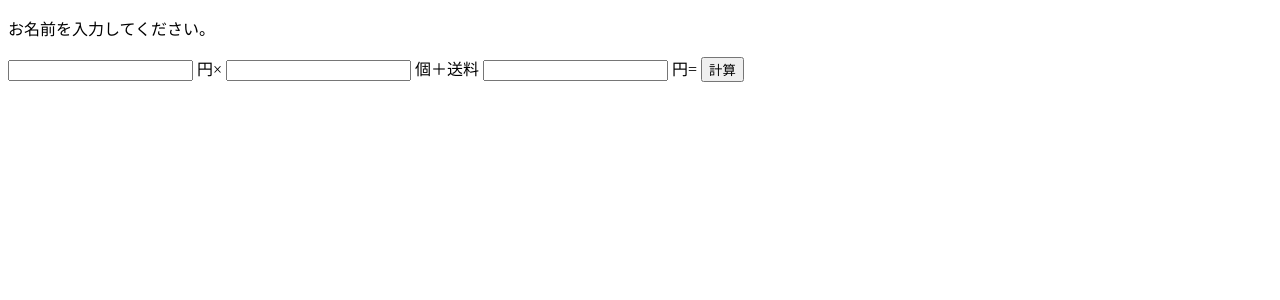
Repository: nhikaru/backup
Page: http://localhost/HelloJSP2/
The author's editor kept a copy of each file at every save. The page is drawn from the files as they stood at one save, then again after a run of saves.
The browser window is 1280 px wide. The pictures show the whole page.
The page is served by Tomcat 9.

Above is the page before, as saved 2018-01-09 07:46:53.

### HelloJSP2/WebContent/index.jsp
<%@ page language="java" contentType="text/html; charset=UTF-8"
    pageEncoding="UTF-8"%>
<!DOCTYPE html>
<html>
<head>
<meta charset="UTF-8">
<title>TEST</title>
</head>
<body>


<p>お名前を入力してください。</p>
<form method="post" action="total-out.jsp">
<input type="text" name="price">
円×
<input type="text" name="count">
個＋送料
<input type="text" name="delivery">
円=
<input type="submit" value="計算">
</form>

</body>
</html>

After the next 3 saves:
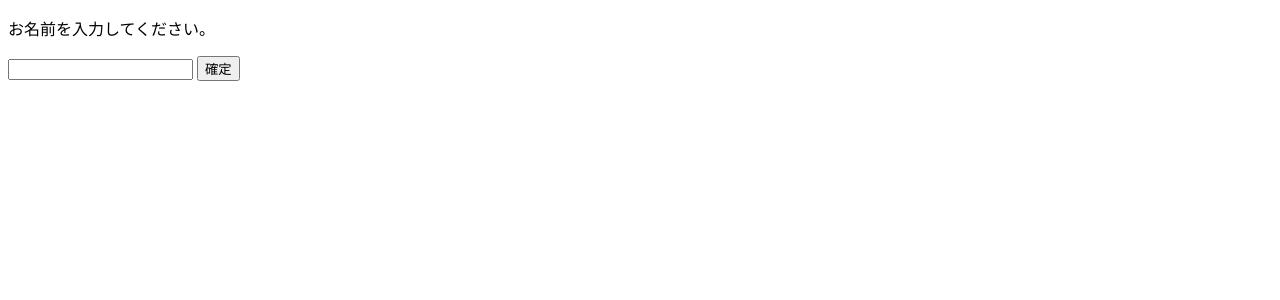
The 3 saves are shown as one change because 2 did not build or start.
The last was saved 11 min 45 s later.
--- a/HelloJSP2/WebContent/index.jsp
+++ b/HelloJSP2/WebContent/index.jsp
@@ -10,14 +10,9 @@
 
 
 <p>お名前を入力してください。</p>
-<form method="post" action="total-out.jsp">
-<input type="text" name="price">
-円×
-<input type="text" name="count">
-個＋送料
-<input type="text" name="delivery">
-円=
-<input type="submit" value="計算">
+<form method="post" action="greeting-out.jsp">
+<input type="text" name="user">
+<input type="submit" value="確定">
 </form>
 
 </body>
